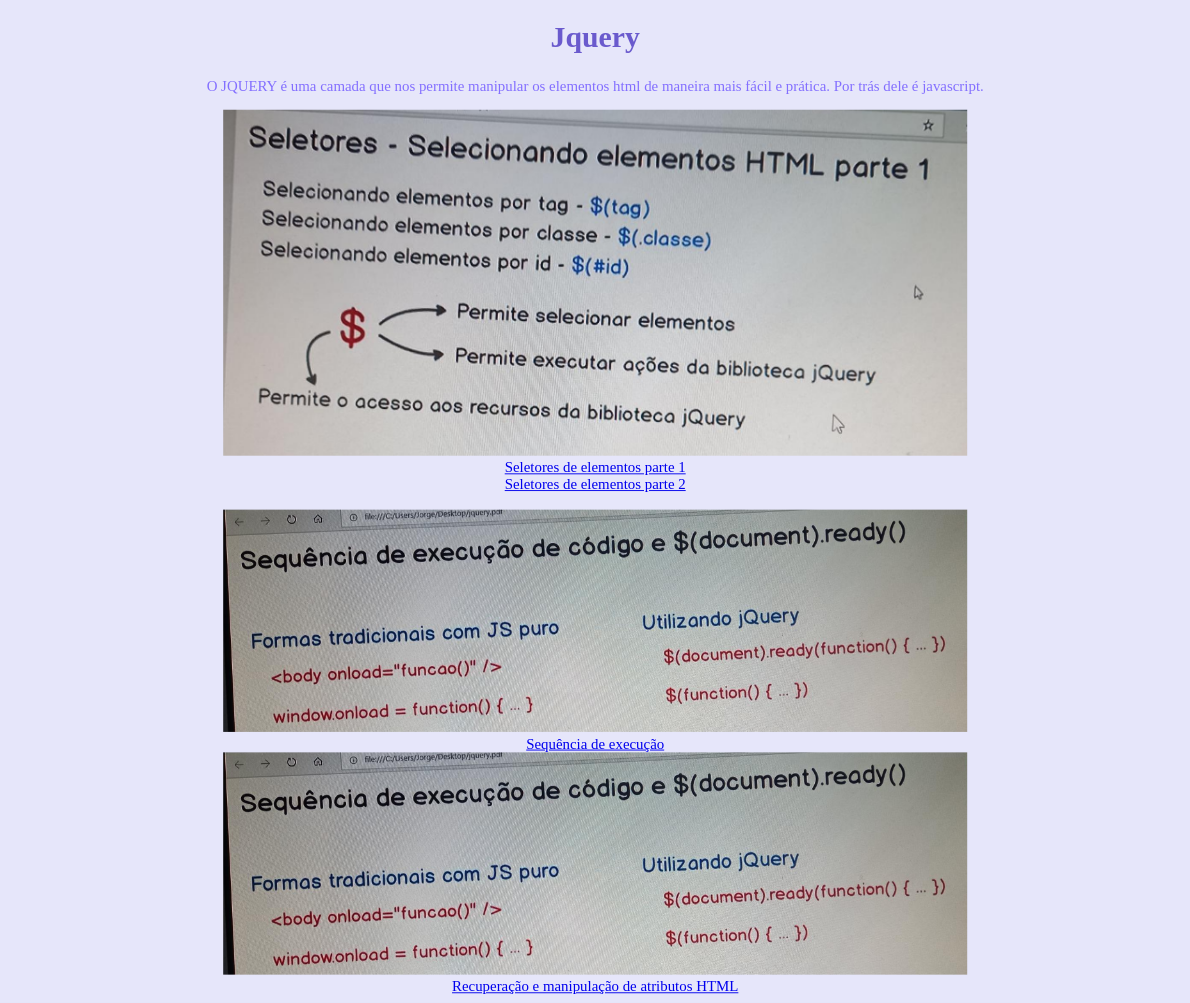
Repository: 2001mariana/jquery
Page: index.html
An editor plug-in stored every save of this project. The page is shown before and after a run of saves, followed by the edit.
The browser window is 1280 px wide. The pictures show the whole page, at 93% of full size.

Above is the page before, as saved 2022-07-27 10:36:49.

After the next 2 saves:
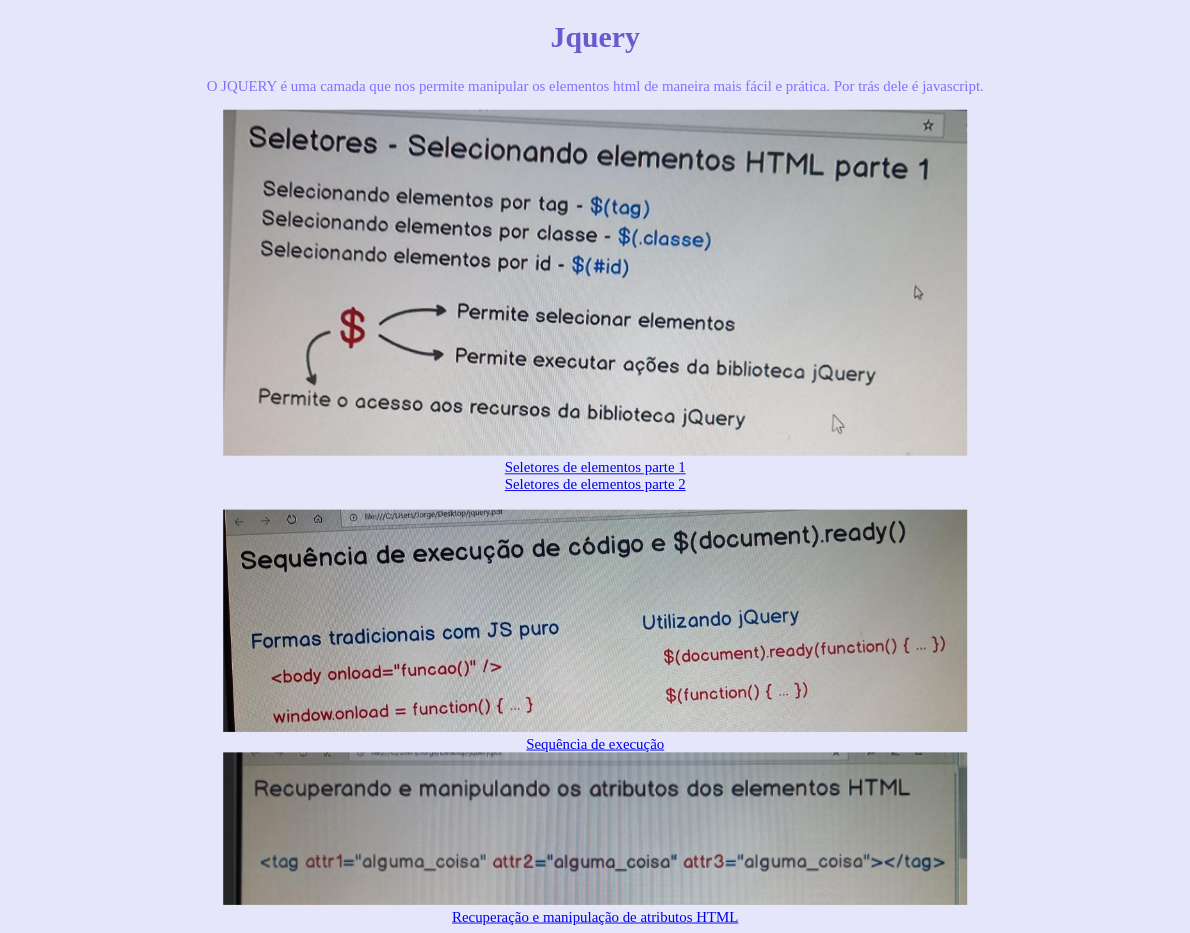
The 2 saves are shown as one change because they came seconds apart.
The last was saved 7 s later.
--- a/index.html
+++ b/index.html
@@ -24,7 +24,7 @@
     </div>
     <div><a href="execution-sequence.html">Sequência de execução</a></div>
     <div>
-        <img src="img/sequency-exec.PNG" id="imagem" />
+        <img src="img/update-attr-html-element.PNG" id="imagem" />
     </div>
     <div><a href="html-manipulation.html">Recuperação e manipulação de atributos HTML</a></div>
 </body>
